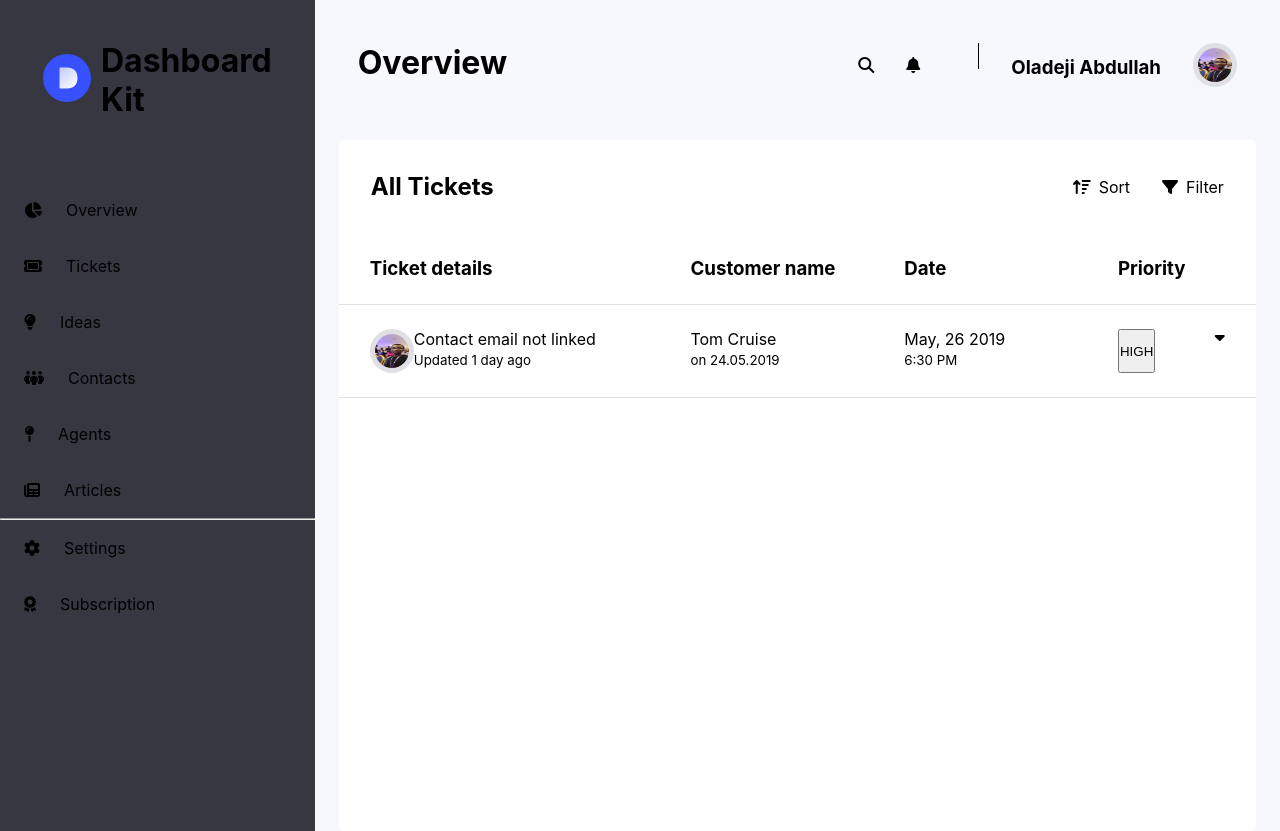
Repository: BuduCE/dashboard
Page: /
The author's editor kept a copy of each file at every save. The page is drawn from the files as they stood at one save, then again after a run of saves.
The browser window is 1280 px wide. The pictures show the whole page.
Some web libraries are served in a nearby version. The project was rebuilt for these pictures with package versions that can differ from the ones it lists, and the page was loaded fresh each time. Also part of the build but not shown: src/pages/Overview/index.jsx.

Above is the page before, as saved 2022-08-05 00:05:36.

### public/index.html
<!DOCTYPE html>
<html lang="en">
  <head>
    <meta charset="utf-8" />
    <link rel="icon" href="%PUBLIC_URL%/favicon.ico" />
    <meta name="viewport" content="width=device-width, initial-scale=1" />
    <meta name="theme-color" content="#000000" />
    <meta
      name="description"
      content="Web site created using create-react-app"
    />
    <link rel="apple-touch-icon" href="%PUBLIC_URL%/logo192.png" />
    <!--
      manifest.json provides metadata used when your web app is installed on a
      user's mobile device or desktop. See https://developers.google.com/web/fundamentals/web-app-manifest/
    -->
    <link rel="manifest" href="%PUBLIC_URL%/manifest.json" />
    <!--
      Notice the use of %PUBLIC_URL% in the tags above.
      It will be replaced with the URL of the `public` folder during the build.
      Only files inside the `public` folder can be referenced from the HTML.

      Unlike "/favicon.ico" or "favicon.ico", "%PUBLIC_URL%/favicon.ico" will
      work correctly both with client-side routing and a non-root public URL.
      Learn how to configure a non-root public URL by running `npm run build`.
    -->

    <!-- Font-Awesome  -->
    <link
      rel="stylesheet" href="https://cdnjs.cloudflare.com/ajax/libs/font-awesome/6.1.1/css/all.min.css" integrity="sha512-KfkfwYDsLkIlwQp6LFnl8zNdLGxu9YAA1QvwINks4PhcElQSvqcyVLLD9aMhXd13uQjoXtEKNosOWaZqXgel0g==" crossorigin="anonymous" referrerpolicy="no-referrer"
    />
    <title>Admin Dashboard</title>
  </head>
  <body>
    <noscript>You need to enable JavaScript to run this app.</noscript>
    <div id="root"></div>
    <!--
      This HTML file is a template.
      If you open it directly in the browser, you will see an empty page.

      You can add webfonts, meta tags, or analytics to this file.
      The build step will place the bundled scripts into the <body> tag.

      To begin the development, run `npm start` or `yarn start`.
      To create a production bundle, use `npm run build` or `yarn build`.
    -->
  </body>
</html>

### src/index.css
* {
  margin: 0;
  padding: 0;
  box-sizing: border-box;
}
body {
  margin: 0;
  font-family: -apple-system, BlinkMacSystemFont, 'Segoe UI', 'Roboto', 'Oxygen',
    'Ubuntu', 'Cantarell', 'Fira Sans', 'Droid Sans', 'Helvetica Neue',
    sans-serif;
  -webkit-font-smoothing: antialiased;
  -moz-osx-font-smoothing: grayscale;
  background: rgba(54, 55, 64, 1);
}

code {
  font-family: source-code-pro, Menlo, Monaco, Consolas, 'Courier New',
    monospace;
}

### src/App.js
import './App.css';
// import Overview from './pages/Overview';
// import Header from './components/common/Header';
import Sidenav from './components/common/SideNav';
// import Login from './pages/Login';

function App() {
  return (
    <div className="App">
      <Sidenav />
      {/* <Login /> */}
    </div>
  );
}

export default App;

### src/components/common/SideNav/index.jsx
import React from 'react'
import Overview from '../../../pages/Overview'
import Tickets from '../../../pages/Tickets'
import Header from '../Header'
import Logo from '../Logo'
import './styles.css'

const Sidenav = () => {
  return (
    <div className='dashboard'>
        <div className="navbar">
            <div className="logo">
                <Logo />
                <h1>Dashboard Kit</h1>
            </div>
            <div className="heading">
                <i className='fas fa-chart-pie'></i>
                <p>Overview</p>
            </div>
            <div className="heading">
                <i className='fas fa-ticket'></i>
                <p>Tickets</p>
            </div>
            <div className="heading">
                <i className='fas fa-lightbulb'></i>
                <p>Ideas</p>
            </div>
            <div className="heading">
                <i className='fas fa-people-group'></i>
                <p>Contacts</p>
            </div>
            <div className="heading">
                <i className='fas fa-map-pin'></i>
                <p>Agents</p>
            </div>
            <div className="heading">
                <i className='fas fa-newspaper'></i>
                <p>Articles</p>
            </div>
            <hr />
            <div className="heading">
                <i className='fas fa-gear'></i>
                <p>Settings</p>
            </div>
            <div className="heading">
                <i className='fas fa-award'></i>
                <p>Subscription</p>
            </div>

        </div>
        <div className="info">
            {/* <Header /> */}
            {/* <Overview /> */}
            <Tickets />
        </div>
    </div>
  )
}

export default Sidenav

### src/pages/Tickets/index.jsx
import React from 'react'
import Header from '../../components/common/Header'
import './styles.css'
import Budu from './budu.jpg'

const Tickets = () => {
  return (
    <div>
        <Header />

        <div className='ticket_pg'>
            <div className="ticket_title">
                <div className="titleL">
                    <h2>All Tickets</h2>
                </div>
                <div className="titleR">
                    <div className="titleR_icon">
                        <i className='fas fa-arrow-up-wide-short'></i>
                        <p>Sort</p>
                    </div>
                    <div className="titleR_icon">
                        <i className='fas fa-filter'></i>
                        <p>Filter</p>
                    </div>
                </div>
            </div>

            <div className="ticket_tab">
                <div className="tab_info">
                    <h3>Ticket details</h3>
                    <h3>Customer name</h3>
                    <h3>Date</h3>
                    <h3>Priority</h3>
                </div>
                <div className="tab_info">
                        <div className="info_title">
                            <img src={Budu} alt="" />

                            <div>
                                <p>Contact email not linked</p>
                                <small>Updated 1 day ago</small>
                            </div>
                        </div>
                        <div className="info_name">
                            <p>Tom Cruise</p>
                            <small>on 24.05.2019</small>
                        </div>
                        <div className="info_date">
                            <p>May, 26 2019</p>
                            <small>6:30 PM</small>
                        </div>
                        <div className="info_status">
                            <button>HIGH</button>
                            <i className='fas fa-caret-down'></i>
                        </div>

                </div>
            </div>
        </div>
    </div>
  )
}

export default Tickets

### src/components/common/Header/index.jsx
import React from 'react'
import './styles.css'
import budu from './budu.jpg'

const Header = () => {
  return (
    <div className='head_er'>
        <div className="headerL">
            <h1>Overview</h1>
        </div>
        <div className="headerR">
            <i className='fas fa-magnifying-glass icon'></i>
            <i className='fas fa-bell icon bell'></i>
            <h3>Oladeji Abdullah</h3>
            <img src={budu} alt="" />
        </div>
    </div>
  )
}

export default Header

### src/components/common/Logo/index.jsx
import React from 'react'
import companyLogo from './logo.svg'

const Logo = () => {
  return (
    <div>
        <img src={companyLogo} alt="" />
    </div>
  )
}

export default Logo

### src/components/common/SideNav/styles.css
.dashboard{
    display: grid;
    grid-template-columns: 1fr 4fr;
}
.navbar{
    padding: 41px 0;
}
.logo{
    display: flex;
    padding: 43px 43px;
    padding-bottom: 63px;
    padding-top: 0;
    align-items: center;
}
.logo h1{
    margin-left: 10px;
}
.heading{
    width: 100%;
    display: flex;
    padding: 18px 24px;
    align-items: center;
}
.heading p{
    margin-left: 24px;
}
.heading:hover{
    border-left: 1px solid #fff;
    color: #fff;
}
.info{
    background: #F7F8FC;
    /* height: 100vh; */
}

### src/pages/Overview/styles.css
.overview_pg{
    margin-top: 54px;
}
.overview_stat{
    display: grid;
    grid-template-columns: 1fr 1fr 1fr 1fr;
    /* justify-content: space-evenly; */
    width: 100%;
}
.overview_info{
    display: flex;
    flex-direction: column;
    text-align: center;
    /* border: 1px solid; */
    border-radius: 5px;
    padding: 24px 32px;
    background: #fff;
    box-shadow: 15px;
    width: 55%;
    margin: auto;
}
.overview_info:hover{
    color: blue;
    border: 1px blue solid;
}
.overview_info p{
    padding-bottom: 12px;
}

/* trend  */
.trends{
    width: 90%;
    background: #fff;
    margin: auto;
    border-radius: 5px;
    height: 80vh;
    margin-top: 30px;
    display: grid;
    grid-template-columns: 2fr 1fr;
    margin-top: 30px;
}
.trends_head{
    padding: 32px;
}
.trend_title_stat{
    display: flex;
    justify-content: space-between;
}
.trend_day{
    display: flex;
    justify-content: space-evenly;
}
.trends_headB img{
    width: 100%;
    margin-top: 54px;
    height: 55vh;
}

/* summary  */
.trends_summary{
    display: grid;
    grid-template-rows: 1fr 1fr 1fr 1fr 1fr;
}
.summary_type{
    padding: 28px;
    border-left: 1px solid #dfe0e5;
    border-bottom: 1px solid #dfe0e5;
    text-align: center;
}
.summary_type p{
    margin-bottom: 6px;
}

/* Tickets */
.ticket_n_task{
    display: grid;
    grid-template-columns: 1fr 1fr;
    width: 90%;
    margin: auto;
    margin-top: 30px;
    margin-bottom: 30px;
}
.ticket{
    margin-right: 50px;
}
.task{
    margin-left: 50px;
}
.ticket,.task{
    border-radius: 5px;
    background: #fff;
}
.ticket_head{
    padding: 32px;
    margin-bottom: 8px;
    width: 80%;
    height: 10vh;
}
.ticket_title{
    display: flex;
    justify-content: space-between;
    align-items: center;
}
.ticket_list a{
    text-decoration: none;
    display: flex;
    justify-content: space-between;
    align-items: center;
    padding: 20px 32px;
    border-bottom: 1px solid #F7F8FC;
    margin-top: 36px;
    align-items: center;
}
.task_todo{
    align-items: center;
}
.task_todo label{
    margin-left: 8px;
}

### src/pages/Tickets/styles.css
.ticket_pg{
    background: #fff;
    border-radius: 5px;
    height: 96vh;
    width: 95%;
    margin: auto;
    margin-top: 54px;
}
.ticket_title{
    display: flex;
    justify-content: space-between;
    padding: 32px;
}
.titleR, .titleR_icon{
    display: flex;
    justify-content: space-between;
    align-items: center;
    margin-left: 32px;
}
.titleR_icon p{
    margin-left: 8px;
}
/* .tab_head{
    display: grid;
    grid-template-columns: 3fr 2fr 2fr 1fr;
    margin: auto;
    padding: 0 77px 12px 31px;
    border-bottom: 1px solid #dfe0e5;
} */
.tab_info{
    display: grid;
    grid-template-columns: 3fr 2fr 2fr 1fr;
    margin: auto;
    padding: 24px 31px;
    border-bottom: 1px solid #dfe0e5;
}
.info_title{
    display: grid;
    grid-template-columns: 1fr 7fr;
}
.info_title img{
    width: 44px;
    height: 44px;
    border: 5px solid #dfe0e5;
    border-radius: 50%;
}
.ticket_tab{
    margin: auto;
}
.info_status{
    display: flex;
    /* grid-template-columns: 1fr 1fr; */
    justify-content: space-between;
}

### src/components/common/Header/styles.css
.head_er{
    display: flex;
    justify-content: space-between;
    width: 100%;
    height: 10vh;
    padding: 43px 43px;
}
.headerR{
    display: flex;
    justify-content: space-between;
    /* align-items: center; */
}
.icon{
    width: 16px;
    height: 16px;
    padding: 14px 24px;
}
.bell{
    padding-right: 72px;
}
.headerR h3{
    padding: 13px 32px;
    border-left: 1px solid #000;
}
.headerR img{
    width: 44px;
    height: 44px;
    border-radius: 50%;
    border: 5px solid #dfe0e5;
}

Loaded but not shown: src/index.js (common file); src/reportWebVitals.js (common file); src/App.css (common file)

After the next 4 saves:
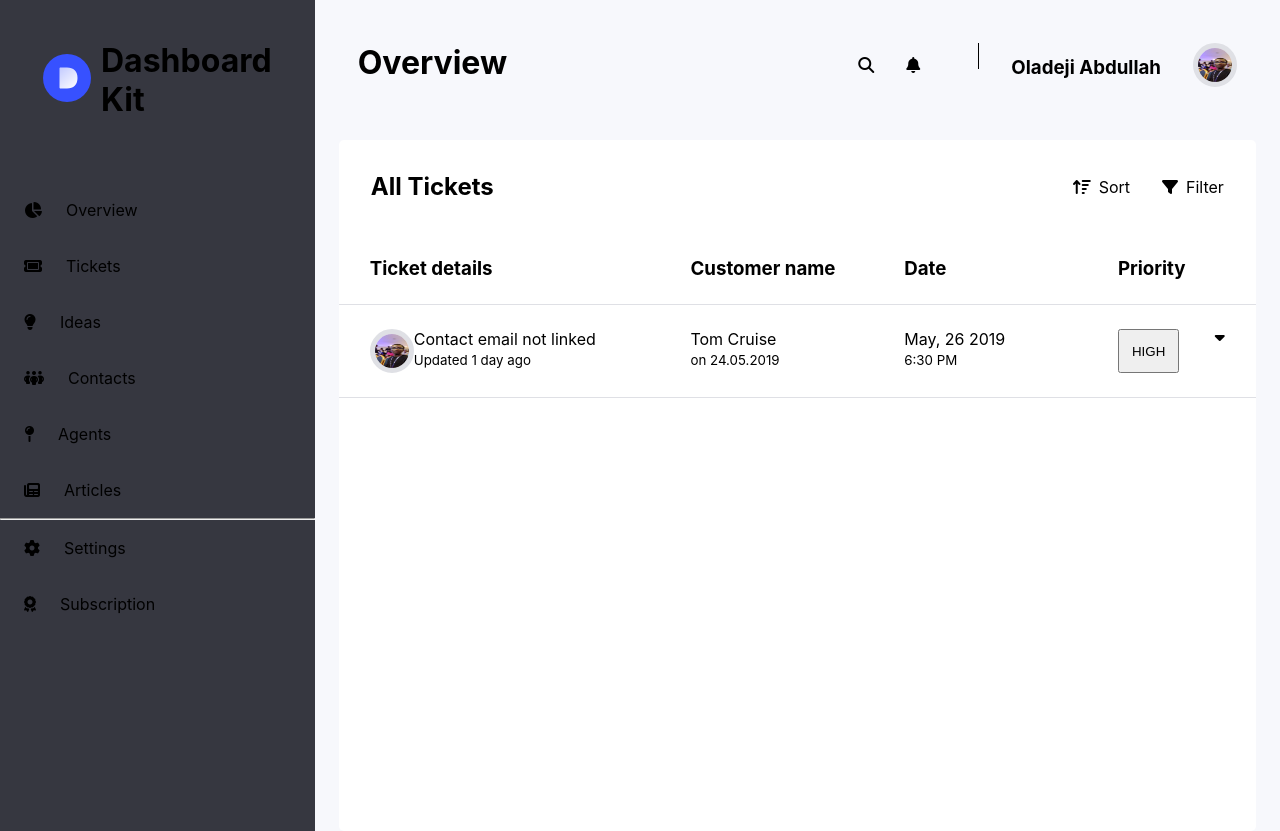
The 4 saves are shown as one change because 2 did not build or start and some came seconds apart.
The last was saved 58 s later.
--- a/src/pages/Tickets/styles.css
+++ b/src/pages/Tickets/styles.css
@@ -52,3 +52,6 @@
     /* grid-template-columns: 1fr 1fr; */
     justify-content: space-between;
 }
+.info_status button{
+    padding: 5px 12px;
+}
